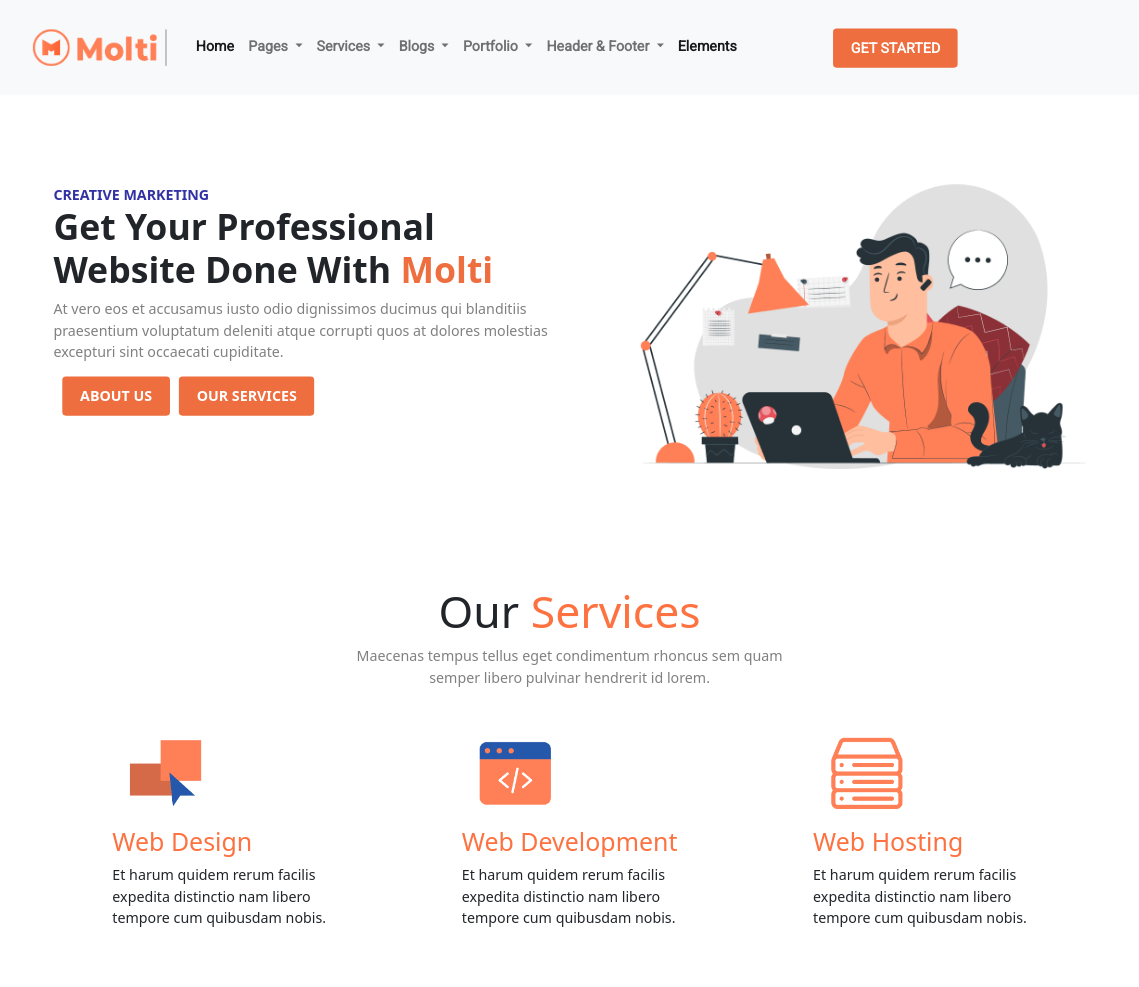
Repository: meherujjahan/Molti-website
Page: index.html
An editor plug-in stored every save of this project. The page is shown before and after the next save, followed by the edit.
The browser window is 1280 px wide. The pictures show the whole page, at 89% of full size.
Some web libraries are served in a nearby version.

Above is the page before, as saved 2022-03-08 19:35:51.

### index.html
<!DOCTYPE html>
<html lang="en">
  <head>
    <meta charset="UTF-8" />
    <meta http-equiv="X-UA-Compatible" content="IE=edge" />
    <meta name="viewport" content="width=device-width, initial-scale=1.0" />

    <!-- bootstrap stylesheet -->
    <link
      href="https://cdn.jsdelivr.net/npm/bootstrap@5.1.3/dist/css/bootstrap.min.css"
      rel="stylesheet"
      integrity="sha384-1BmE4kWBq78iYhFldvKuhfTAU6auU8tT94WrHftjDbrCEXSU1oBoqyl2QvZ6jIW3"
      crossorigin="anonymous"
    />
    <!-- google font  -->
    <style>
      @import url("https://fonts.googleapis.com/css2?family=Roboto&display=swap");
    </style>
    <!-- CSS styleSheet -->
    <link rel="stylesheet" href="myStyle.css" />
    <title>Molti Wesite</title>
  </head>
  <body>
    <header>
      <div class="header">
        <div>
          <nav class="navbar navbar-expand-lg fw-bold navbar-light bg-light">
            <div class="container-fluid">
              <img class="logo-img" src="/Image/Molti-Logo.png" alt="" />
              <button
                class="navbar-toggler"
                type="button"
                data-bs-toggle="collapse"
                data-bs-target="#navbarNavDropdown"
                aria-controls="navbarNavDropdown"
                aria-expanded="false"
                aria-label="Toggle navigation"
              >
                <span class="navbar-toggler-icon"></span>
              </button>
              <div class="collapse navbar-collapse" id="navbarNavDropdown">
                <ul class="navbar-nav">
                  <li class="nav-item">
                    <a class="nav-link active" aria-current="page" href="#"
                      >Home</a
                    >
                  </li>
                  <li class="nav-item dropdown">
                    <a
                      class="nav-link dropdown-toggle"
                      href="#"
                      id="navbarDropdownMenuLink1"
                      role="button"
                      data-bs-toggle="dropdown"
                      aria-expanded="false"
                    >
                      Pages
                    </a>
                    <ul
                      class="dropdown-menu"
                      aria-labelledby="navbarDropdownMenuLink"
                    >
                      <li><a class="dropdown-item" href="#">Action</a></li>
                      <li>
                        <a class="dropdown-item" href="#">Another action</a>
                      </li>
                      <li>
                        <a class="dropdown-item" href="#"
                          >Something else here</a
                        >
                      </li>
                    </ul>
                  </li>
                  <li class="nav-item dropdown">
                    <a
                      class="nav-link dropdown-toggle"
                      href="#"
                      id="navbarDropdownMenuLink2"
                      role="button"
                      data-bs-toggle="dropdown"
                      aria-expanded="false"
                    >
                      Services
                    </a>
                    <ul
                      class="dropdown-menu"
                      aria-labelledby="navbarDropdownMenuLink"
                    >
                      <li><a class="dropdown-item" href="#">Action</a></li>
                      <li>
                        <a class="dropdown-item" href="#">Another action</a>
                      </li>
                      <li>
                        <a class="dropdown-item" href="#"
                          >Something else here</a
                        >
                      </li>
                    </ul>
                  </li>
                  <li class="nav-item dropdown">
                    <a
                      class="nav-link dropdown-toggle"
                      href="#"
                      id="navbarDropdownMenuLink3"
                      role="button"
                      data-bs-toggle="dropdown"
                      aria-expanded="false"
                    >
                      Blogs
                    </a>
                    <ul
                      class="dropdown-menu"
                      aria-labelledby="navbarDropdownMenuLink"
                    >
                      <li><a class="dropdown-item" href="#">Action</a></li>
                      <li>
                        <a class="dropdown-item" href="#">Another action</a>
                      </li>
                      <li>
                        <a class="dropdown-item" href="#"
                          >Something else here</a
                        >
                      </li>
                    </ul>
                  </li>
                  <li class="nav-item dropdown">
                    <a
                      class="nav-link dropdown-toggle"
                      href="#"
                      id="navbarDropdownMenuLink4"
                      role="button"
                      data-bs-toggle="dropdown"
                      aria-expanded="false"
                    >
                      Portfolio
                    </a>
                    <ul
                      class="dropdown-menu"
                      aria-labelledby="navbarDropdownMenuLink"
                    >
                      <li><a class="dropdown-item" href="#">Action</a></li>
                      <li>
                        <a class="dropdown-item" href="#">Another action</a>
                      </li>
                      <li>
                        <a class="dropdown-item" href="#"
                          >Something else here</a
                        >
                      </li>
                    </ul>
                  </li>
                  <li class="nav-item dropdown">
                    <a
                      class="nav-link dropdown-toggle"
                      href="#"
                      id="navbarDropdownMenuLink5"
                      role="button"
                      data-bs-toggle="dropdown"
                      aria-expanded="false"
                    >
                      Header & Footer
                    </a>
                    <ul
                      class="dropdown-menu"
                      aria-labelledby="navbarDropdownMenuLink"
                    >
                      <li><a class="dropdown-item" href="#">Action</a></li>
                      <li>
                        <a class="dropdown-item" href="#">Another action</a>
                      </li>
                      <li>
                        <a class="dropdown-item" href="#"
                          >Something else here</a
                        >
                      </li>
                    </ul>
                  </li>
                  <li class="nav-item">
                    <a class="nav-link active" aria-current="page" href="#"
                      >Elements</a
                    >
                  </li>
                  <li>
                    <button class="btn">GET STARTED</button>
                  </li>
                </ul>
              </div>
            </div>
          </nav>
        </div>
      </div>
    </header>
    <main>
      <!-- Banner section -->
      <section>
        <div class="Banner">
          <div class="Banner-text">
            <b>CREATIVE MARKETING</b>
            <h1>
              Get Your Professional <br />
              Website Done With <span>Molti</span>
            </h1>
            <p>
              At vero eos et accusamus iusto odio dignissimos ducimus qui
              blanditiis <br />
              praesentium voluptatum deleniti atque corrupti quos at dolores
              molestias <br />
              excepturi sint occaecati cupiditate.
            </p>
            <div class="Banner-btn">
              <button>ABOUT US</button><button>OUR SERVICES</button>
            </div>
          </div>
          <div>
            <img
              class="Banner-img"
              src="Image/Hero-Illustration-Molti.png"
              alt=""
            />
          </div>
        </div>
      </section>
      <!-- services section -->
      <div class="services">
        <div class="service-text">
          <h1>Our <span>Services</span></h1>
          <p>
            Maecenas tempus tellus eget condimentum rhoncus sem quam <br />
            semper libero pulvinar hendrerit id lorem.
          </p>
        </div>

        <div class="service-card">
          <div class="single-card">
            <img src="/Image/Web-Design.png" alt="" />
            <h3>Web Design</h3>
            <p>
              Et harum quidem rerum facilis <br />
              expedita distinctio nam libero <br />
              tempore cum quibusdam nobis.
            </p>
            <i class="fa-solid icon fa-arrow-right-long"></i>
          </div>
          <div class="single-card">
            <img src="/Image/web-developement.png" alt="" />
            <h3>Web Development</h3>
            <p>
              Et harum quidem rerum facilis <br />
              expedita distinctio nam libero <br />
              tempore cum quibusdam nobis.
            </p>
            <i class="fa-solid icon fa-arrow-right-long"></i>
          </div>
          <div class="single-card">
            <img src="/Image/molti-hosting-service.png" alt="" />
            <h3>Web Hosting</h3>
            <p>
              Et harum quidem rerum facilis <br />
              expedita distinctio nam libero <br />
              tempore cum quibusdam nobis.
            </p>
            <i class="fa-solid icon fa-arrow-right-long"></i>
          </div>
        </div>
      </div>
    </main>
  </body>
</html>

### myStyle.css
/* ------------
header section
--------------*/
.header {
  font-family: "Roboto", sans-serif;
}
.logo-img {
  width: 150px;
  margin: 25px;
  padding-right: 10px;
  border-right: 1px solid gray;
}
.btn {
  font-family: "Roboto", sans-serif;
  margin-left: 100px;
  background-color: rgb(238, 110, 63);
  border: none;
  border-radius: 4px;
  padding: 10px;
  padding-left: 20px;
  padding-right: 20px;
  color: white;
  font-weight: 700;
}
/* -------------
              Banner  section
              --------------*/
.Banner {
  display: flex;
  justify-content: space-between;
  padding: 60px;
  margin-top: 40px;
}
.Banner-text {
  text-align: left;
}
.Banner-text span {
  color: rgb(238, 110, 63);
}
.Banner-text b {
  color: rgba(19, 19, 150, 0.87);
}
.Banner-text h1 {
  font-weight: 700;
}
.Banner-text p {
  color: gray;
}

.Banner-img {
  width: 500px;
}
.Banner-btn {
  display: flex;
  justify-content: flex-start;
}
.Banner-btn button {
  margin-left: 10px;
  background-color: rgb(238, 110, 63);
  border: none;
  border-radius: 4px;
  padding: 10px;
  padding-left: 20px;
  padding-right: 20px;
  color: white;
  font-weight: 700;
}
/* services section */
.services {
  margin: 50px;
}
.service-text {
  text-align: center;
  align-items: center;
  padding: 20px;
}
.service-text p {
  color: gray;
  font-weight: 400;
}
.service-text h1 {
  /* font-weight: 500; */
  font-size: 50px;
}
.service-text span {
  color: rgb(253, 114, 64);
}
.service-card {
  display: flex;
  justify-content: space-around;
}

.single-card img {
  width: 120px;
  padding: 20px;
}
.single-card h3 {
  color: rgb(253, 114, 64);
  font-weight: 500;
}
/* .service-card :hover {
  padding: 10px;
  border: 3px solid rgb(253, 114, 64);
  border-radius: 5px;
} */
.icon {
  color: rgb(253, 114, 64);
  font-size: 50px;
}

After the next save:
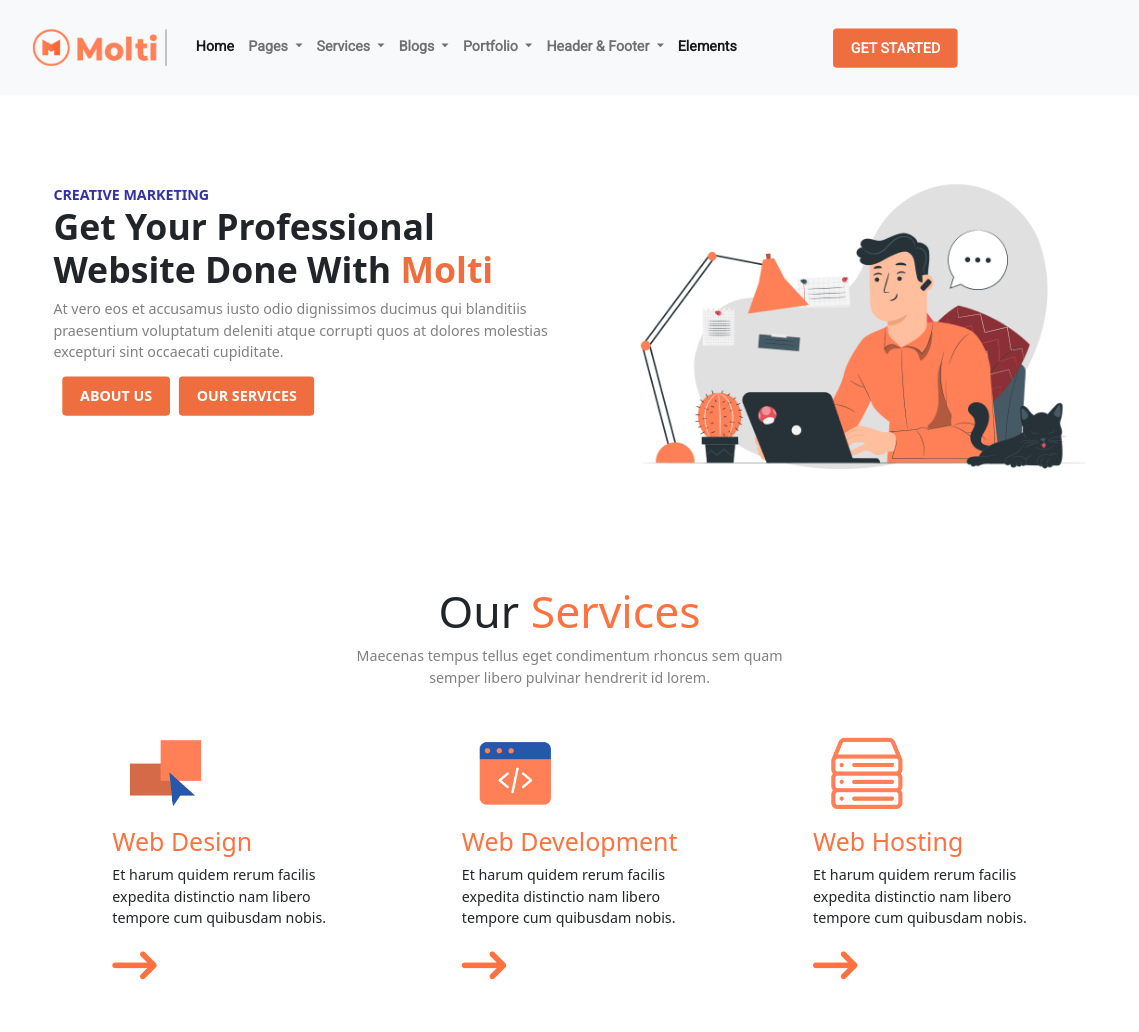
Saved 83 s later.
--- a/index.html
+++ b/index.html
@@ -12,6 +12,11 @@
       integrity="sha384-1BmE4kWBq78iYhFldvKuhfTAU6auU8tT94WrHftjDbrCEXSU1oBoqyl2QvZ6jIW3"
       crossorigin="anonymous"
     />
+    <!-- font awesome -->
+    <script
+      src="https://kit.fontawesome.com/c5589b6d71.js"
+      crossorigin="anonymous"
+    ></script>
     <!-- google font  -->
     <style>
       @import url("https://fonts.googleapis.com/css2?family=Roboto&display=swap");
